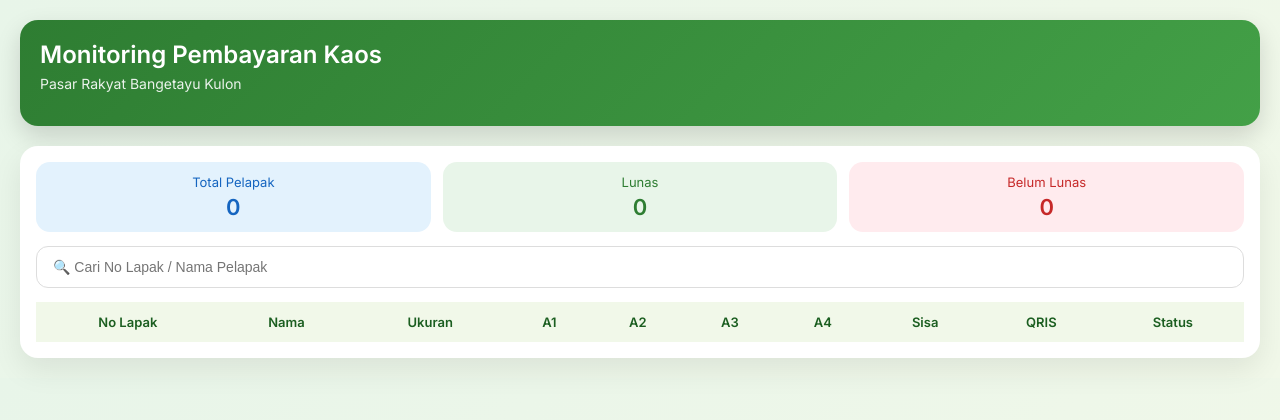
Repository: pasarrakyatbak/monitoringpembayarankaos
Page: index.html
These files come from the project's save history. The page is drawn as it stood at one moment and after the next save; the edit follows.
The browser window is 1280 px wide. The pictures show the whole page.
The page's requests for data from a server got no answer.

Above is the page before, as saved 2026-01-04 13:55:10.

### index.html
<!DOCTYPE html>
<html lang="id">

<head>
    <meta charset="UTF-8">
    <meta name="viewport" content="width=device-width, initial-scale=1.0">
    <title>Monitoring Pembayaran Kaos</title>

    <!-- FONT -->
    <link rel="preconnect" href="https://fonts.googleapis.com">
    <link rel="preconnect" href="https://fonts.gstatic.com" crossorigin>
    <link href="https://fonts.googleapis.com/css2?family=Inter:wght@400;500;600&display=swap" rel="stylesheet">

    <link rel="stylesheet" href="style.css">
</head>

<body>

    <div class="app">

        <!-- HEADER -->
        <header class="header">
            <h1>Monitoring Pembayaran Kaos</h1>
            <p>Pasar Rakyat Bangetayu Kulon</p>
        </header>

        <!-- CARD -->
        <div class="card">

            <!-- RINGKASAN -->
            <div class="summary" id="summary">
                <div class="summary-card total">
                    <span>Total Pelapak</span>
                    <strong id="totalPelapak">0</strong>
                </div>
                <div class="summary-card lunas">
                    <span>Lunas</span>
                    <strong id="totalLunas">0</strong>
                </div>
                <div class="summary-card belum">
                    <span>Belum Lunas</span>
                    <strong id="totalBelum">0</strong>
                </div>
            </div>

            <!-- TOOLBAR -->
            <div class="toolbar">
                <input type="text" id="searchInput" placeholder="🔍 Cari No Lapak / Nama Pelapak">
            </div>

            <!-- DESKTOP TABLE -->
            <div class="desktop-view">
                <table>
                    <thead>
                        <tr>
                            <th>No Lapak</th>
                            <th>Nama</th>
                            <th>Ukuran</th>
                            <th>A1</th>
                            <th>A2</th>
                            <th>A3</th>
                            <th>A4</th>
                            <th>Sisa</th>
                            <th>QRIS</th>
                            <th>Status</th>
                        </tr>
                    </thead>
                    <tbody id="tableBody"></tbody>
                </table>
            </div>

            <!-- MOBILE CARD -->
            <div class="mobile-view" id="cardContainer"></div>

        </div>

    </div>

    <script src="script.js"></script>
</body>

</html>

### style.css
* {
  box-sizing: border-box;
}

body {
  margin: 0;
  font-family: 'Inter', sans-serif;
  background: linear-gradient(135deg, #e8f5e9, #f1f8e9);
}

.app {
  max-width: 1400px;
  margin: auto;
  padding: 20px;
}

/* ================= HEADER ================= */
.header {
  background: linear-gradient(135deg, #2e7d32, #43a047);
  color: #fff;
  padding: 20px;
  border-radius: 18px;
  box-shadow: 0 10px 25px rgba(0, 0, 0, .15);
}

.header h1 {
  margin: 0;
  font-size: 24px;
}

.header p {
  margin-top: 6px;
  opacity: .9;
  font-size: 14px;
}

/* ================= CARD ================= */
.card {
  margin-top: 20px;
  background: #fff;
  border-radius: 18px;
  padding: 16px;
  box-shadow: 0 12px 30px rgba(0, 0, 0, .08);
}

/* ================= SUMMARY ================= */
.summary {
  display: grid;
  grid-template-columns: repeat(3, 1fr);
  gap: 12px;
  margin-bottom: 14px;
}

.summary-card {
  background: #f5f5f5;
  border-radius: 14px;
  padding: 12px;
  text-align: center;
  font-size: 13px;
}

.summary-card strong {
  display: block;
  font-size: 22px;
  margin-top: 4px;
}

.summary-card.total {
  background: #e3f2fd;
  color: #1565c0;
}

.summary-card.lunas {
  background: #e8f5e9;
  color: #2e7d32;
}

.summary-card.belum {
  background: #ffebee;
  color: #c62828;
}

/* ================= TOOLBAR ================= */
.toolbar input {
  width: 100%;
  padding: 12px 16px;
  border-radius: 12px;
  border: 1px solid #ddd;
  font-size: 14px;
}

.toolbar input:focus {
  outline: none;
  border-color: #2e7d32;
}

/* ================= TABLE ================= */
.desktop-view {
  overflow-x: auto;
}

table {
  width: 100%;
  border-collapse: collapse;
  margin-top: 14px;
  min-width: 1000px;
}

thead th {
  background: #f1f8e9;
  color: #1b5e20;
  padding: 12px;
  font-size: 13px;
  position: sticky;
  top: 0;
}

tbody td {
  padding: 12px;
  font-size: 13px;
  text-align: center;
  border-bottom: 1px solid #eee;
}

tbody tr:hover {
  background: #fafafa;
}

/* 🔴 AUTO MERAH BELUM LUNAS */
tr.belum-lunas {
  background: #ffebee !important;
}

tr.belum-lunas:hover {
  background: #ffcdd2 !important;
}

/* ================= BADGE ================= */
.badge {
  padding: 4px 10px;
  border-radius: 20px;
  font-size: 12px;
  font-weight: 600;
}

.badge-lunas {
  background: #e8f5e9;
  color: #2e7d32;
}

.badge-belum {
  background: #fff3e0;
  color: #ef6c00;
}

.badge-yes {
  background: #e3f2fd;
  color: #1565c0;
}

.badge-no {
  background: #fce4ec;
  color: #c2185b;
}

/* ================= MOBILE CARD ================= */
.mobile-view {
  display: none;
  margin-top: 16px;
  gap: 14px;
}

.pelapak-card {
  background: #fff;
  border-radius: 16px;
  padding: 14px;
  box-shadow: 0 8px 20px rgba(0, 0, 0, .08);
  border-left: 6px solid #2e7d32;
}

/* 🔴 CARD MERAH BELUM LUNAS */
.pelapak-card.belum-lunas {
  border-left-color: #c62828;
  background: #fff5f5;
}

.pelapak-header {
  display: flex;
  justify-content: space-between;
  align-items: center;
}

.lapak {
  font-weight: 600;
  color: #1b5e20;
}

.nama {
  font-size: 13px;
  color: #555;
}

.pelapak-body {
  margin-top: 10px;
  display: grid;
  grid-template-columns: repeat(2, 1fr);
  gap: 8px;
}

.item {
  background: #f1f8e9;
  border-radius: 10px;
  padding: 8px;
  text-align: center;
  font-size: 12px;
}

.item span {
  display: block;
  font-size: 11px;
  color: #666;
}

/* ================= RESPONSIVE ================= */
@media (max-width: 768px) {

  .desktop-view {
    display: none;
  }

  .mobile-view {
    display: grid;
    grid-template-columns: 1fr;
    gap: 16px;
  }

  .summary {
    grid-template-columns: 1fr;
  }

  .lapak {
    font-size: 16px;
  }

  .nama {
    font-size: 14px;
  }

  .pelapak-body {
    font-size: 13px;
  }

  .item.full {
    grid-column: span 2;
  }

  .item strong {
    font-weight: 600;
    color: #2e7d32;
  }
}

### script.js
const API_URL = "https://script.google.com/macros/s/AKfycby4z2qZ24SrJkcyGpybH29lSUC_3_z1LG-7wSmTzpaOEXrwjXf0Cl3hqkg95qAxPj1-/exec";

let allData = [];

document.addEventListener('DOMContentLoaded', () => {
    const searchInput = document.getElementById('searchInput');
    const tableBody = document.getElementById('tableBody');
    const cardContainer = document.getElementById('cardContainer');
    const summary = document.getElementById('summary');

    // =============================
    // LOAD DATA
    // =============================
    async function loadData() {
        const res = await fetch(API_URL + "?action=list");
        const data = await res.json();
        allData = data;
        renderAll(data);
        renderSummary(data);
    }

    // =============================
    // SUMMARY
    // =============================
    function renderSummary(data) {
        const totalPelapak = data.length;
        const lunas = data.filter(d => d.lunas).length;
        const belum = totalPelapak - lunas;
        const totalNominal = data.reduce((sum, d) => sum + Number(d.total), 0);

        summary.innerHTML = `
      <div class="summary-box">
        <span>Total Pelapak</span>
        <strong>${totalPelapak}</strong>
      </div>
      <div class="summary-box">
        <span>Lunas</span>
        <strong>${lunas}</strong>
      </div>
      <div class="summary-box">
        <span>Belum Lunas</span>
        <strong>${belum}</strong>
      </div>
      <div class="summary-box">
        <span>Total Nominal</span>
        <strong>Rp ${totalNominal.toLocaleString('id-ID')}</strong>
      </div>
    `;
    }

    // =============================
    // RENDER ALL
    // =============================
    function renderAll(data) {
        renderTable(data);
        renderCard(data);
    }

    // =============================
    // TABLE (DESKTOP)
    // =============================
    function renderTable(data) {
        tableBody.innerHTML = '';

        data.forEach((row, index) => {
            const statusText = row.lunas ? 'Lunas' : 'Belum';
            const statusBadge = row.lunas ? 'badge-lunas' : 'badge-belum';
            const rowClass = row.lunas ? '' : 'belum-lunas';

            tableBody.innerHTML += `
        <tr class="${rowClass}">
          <td>${row.noLapak}</td>
          <td>${row.nama}</td>
          <td>${row.ukuran}</td>
          <td>${row.a1}</td>
          <td>${row.a2}</td>
          <td>${row.a3}</td>
          <td>${row.a4}</td>
          <td>Rp ${Number(row.total).toLocaleString('id-ID')}</td>
          <td>
            <input type="checkbox" ${row.qris ? 'checked' : ''} data-index="${index}">
          </td>
          <td>
            <span class="badge ${statusBadge}">${statusText}</span>
          </td>
        </tr>
      `;
        });
    }

    // =============================
    // CARD (MOBILE)
    // =============================
    function renderCard(data) {
        cardContainer.innerHTML = '';

        data.forEach((row, index) => {
            const statusText = row.lunas ? 'Lunas' : 'Belum';
            const statusBadge = row.lunas ? 'badge-lunas' : 'badge-belum';
            const cardClass = row.lunas ? '' : 'belum-lunas';

            cardContainer.innerHTML += `
        <div class="pelapak-card ${cardClass}">
          <div class="pelapak-header">
            <div>
              <div class="lapak">Lapak ${row.noLapak}</div>
              <div class="nama">${row.nama}</div>
            </div>
            <span class="badge ${statusBadge}">${statusText}</span>
          </div>

          <div class="pelapak-body">
            <div class="item"><span>Ukuran</span><strong>${row.ukuran}</strong></div>
            <div class="item">
              <span>QRIS</span>
              <input type="checkbox" ${row.qris ? 'checked' : ''} data-index="${index}">
            </div>
            <div class="item"><span>A1</span><strong>${row.a1}</strong></div>
            <div class="item"><span>A2</span><strong>${row.a2}</strong></div>
            <div class="item"><span>A3</span><strong>${row.a3}</strong></div>
            <div class="item"><span>A4</span><strong>${row.a4}</strong></div>
            <div class="item full">
              <span>Total</span>
              <strong>Rp ${Number(row.total).toLocaleString('id-ID')}</strong>
            </div>
          </div>
        </div>
      `;
        });
    }

    // =============================
    // UPDATE QRIS
    // =============================
    document.body.addEventListener('change', async (e) => {
        if (e.target.type === 'checkbox' && e.target.dataset.index !== undefined) {
            const index = e.target.dataset.index;

            const formData = new FormData();
            formData.append("action", "updateQRIS");
            formData.append("index", index);
            formData.append("qris", e.target.checked ? "true" : "false");

            await fetch(API_URL, { method: "POST", body: formData });
            loadData();
        }
    });

    // =============================
    // SEARCH
    // =============================
    searchInput.addEventListener('keyup', () => {
        const keyword = searchInput.value.toLowerCase();
        const filtered = allData.filter(item =>
            item.noLapak.toString().includes(keyword) ||
            item.nama.toLowerCase().includes(keyword)
        );
        renderAll(filtered);
        renderSummary(filtered);
    });

    loadData();
});

After the next save:
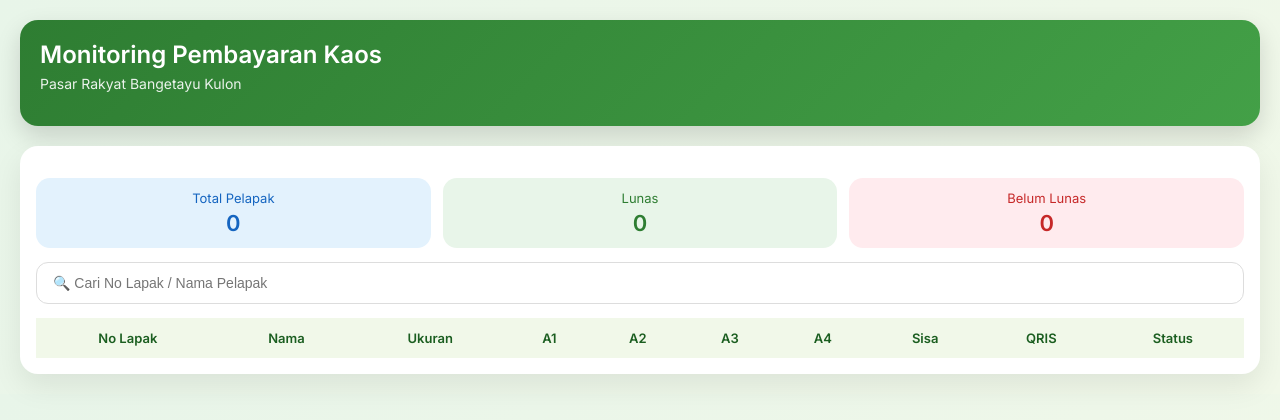
Saved 16 s later.
--- a/style.css
+++ b/style.css
@@ -221,6 +221,48 @@ tr.belum-lunas:hover {
   color: #666;
 }
 
+/* SUMMARY */
+.summary {
+  display: grid;
+  grid-template-columns: repeat(auto-fit, minmax(160px, 1fr));
+  gap: 12px;
+  margin-top: 16px;
+}
+
+.summary-box {
+  background: #ffffff;
+  border-radius: 14px;
+  padding: 14px;
+  box-shadow: 0 6px 18px rgba(0, 0, 0, .08);
+}
+
+.summary-box span {
+  font-size: 12px;
+  color: #666;
+}
+
+.summary-box strong {
+  display: block;
+  margin-top: 4px;
+  font-size: 18px;
+  color: #2e7d32;
+}
+
+/* AUTO MERAH BELUM LUNAS */
+tr.belum-lunas {
+  background: #fff5f5;
+}
+
+.pelapak-card.belum-lunas {
+  border-left: 6px solid #d32f2f;
+}
+
+/* BADGE BELUM */
+.badge-belum {
+  background: #ffebee;
+  color: #c62828;
+}
+
 /* ================= RESPONSIVE ================= */
 @media (max-width: 768px) {
 
